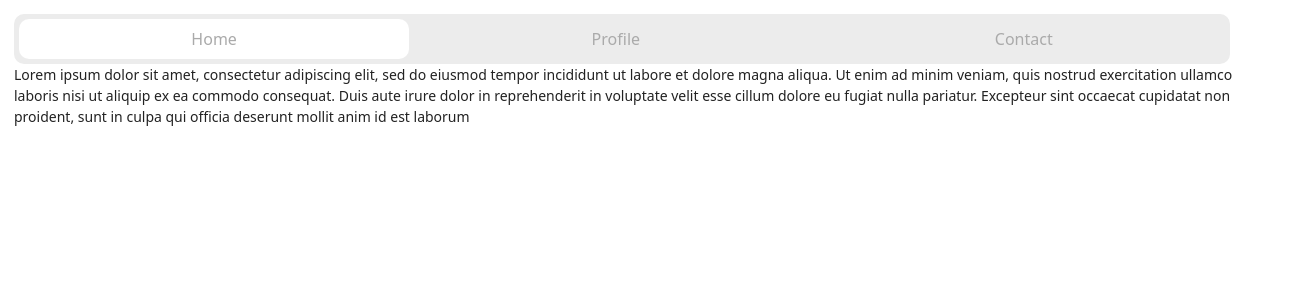
Repository: Appers-lab/sss-theme
Page: tasks/task-037/pilled-menu.html
The author's editor kept a copy of each file at every save. The page is drawn from the files as they stood at one save, then again after the next save.
The browser window is 1280 px wide. The page is 1280 px wide, then 1294 px, so the pictures cover 1294 px, including what lies to the right of the window. The pictures show the whole page.
The style sheet was rebuilt from its Sass, Less or Tailwind sources for each picture, by a compiler version that may differ from the author's.

Above is the page before, as saved 2021-07-05 16:46:28.

After the next save:
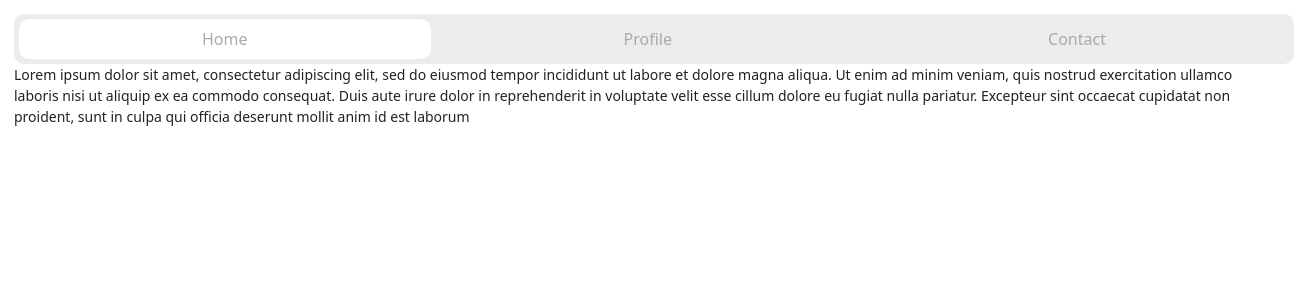
Saved 80 s later.
--- a/-sass/styles/_menus.scss
+++ b/-sass/styles/_menus.scss
@@ -98,7 +98,7 @@ menu.s-menu-pilled {
   border-radius: 10px;
   padding-bottom: 5px;
   padding-top: 5px;
-  width: 95vw;
+  width: 100vw;
 
   & > li {
     display: flex;
